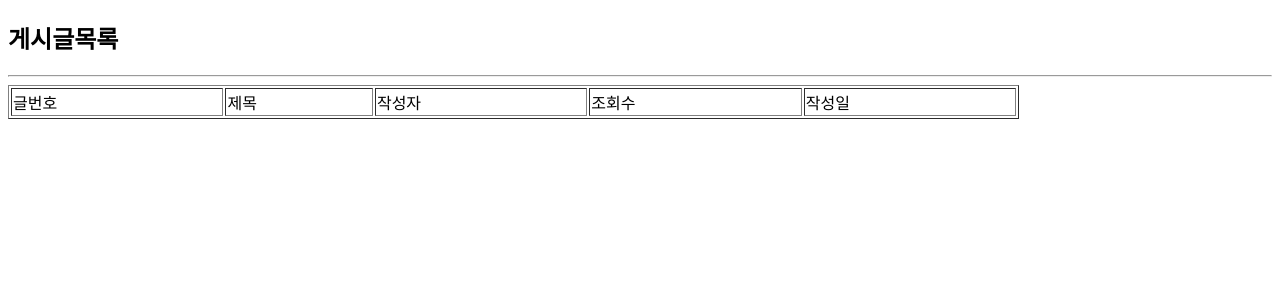
Repository: sagek23/Java-Training
Page: http://localhost/bbs/listBbs.do
An editor plug-in stored every save of this project. The page is shown before and after the next save, followed by the edit.
The browser window is 1280 px wide. The pictures show the whole page.
The page is served by Tomcat 9.

Above is the page before, as saved 2019-08-02 02:13:41.

After the next save:
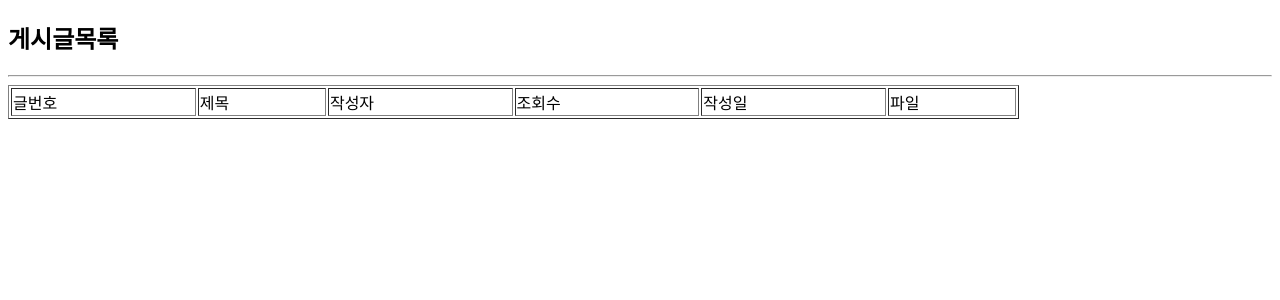
Saved 31 s later.
--- a/0801/bbs/WebContent/listBbs.jsp
+++ b/0801/bbs/WebContent/listBbs.jsp
@@ -17,7 +17,7 @@
 			<td>작성자</td>
 			<td>조회수</td>
 			<td>작성일</td>
-			<!-- <td>파일</td> -->
+			 <td>파일</td>
 		</tr>
 		<c:forEach var="v" items="${list }">
 		<tr>
@@ -26,7 +26,7 @@
 			<td>${v.writer }</td>
 			<td>${v.views}</td>
 			<td>${v.creDate }</td>
-		<!-- 	<td><img alt="${fname }" src="photo/${fname }"></td> -->
+			<td><img alt="${fname }" src="photo/${fname }"></td>
 		</tr>
 		</c:forEach>
 	</table>
